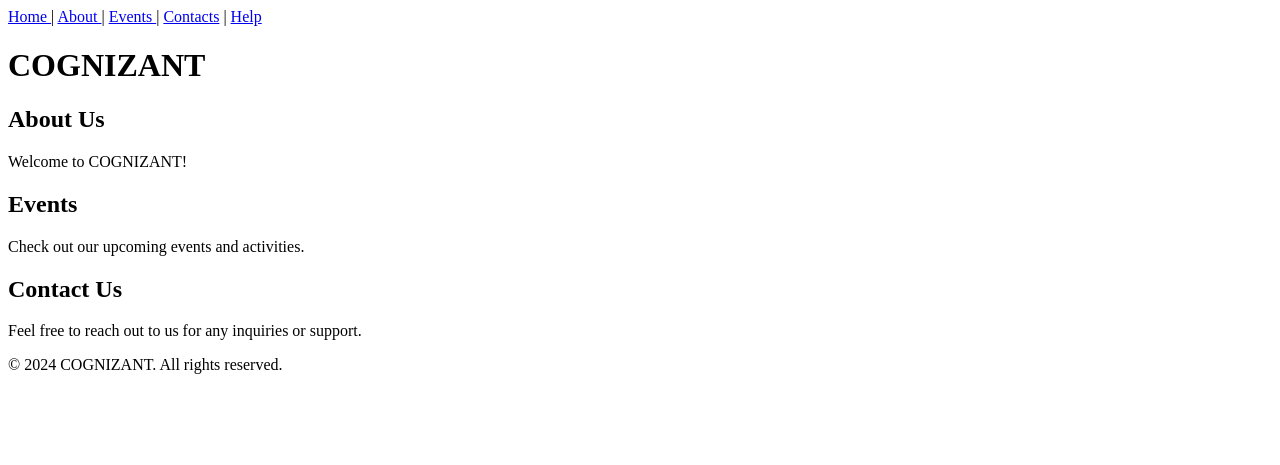
Repository: Sonasiju/Digital-Nurture-Java
Page: index.html
These files come from the project's save history. The page is drawn as it stood at one moment and after the next save; the edit follows.
The browser window is 1280 px wide. The pictures show the whole page.

Above is the page before, as saved 2026-05-31 16:50:29.

After the next save:
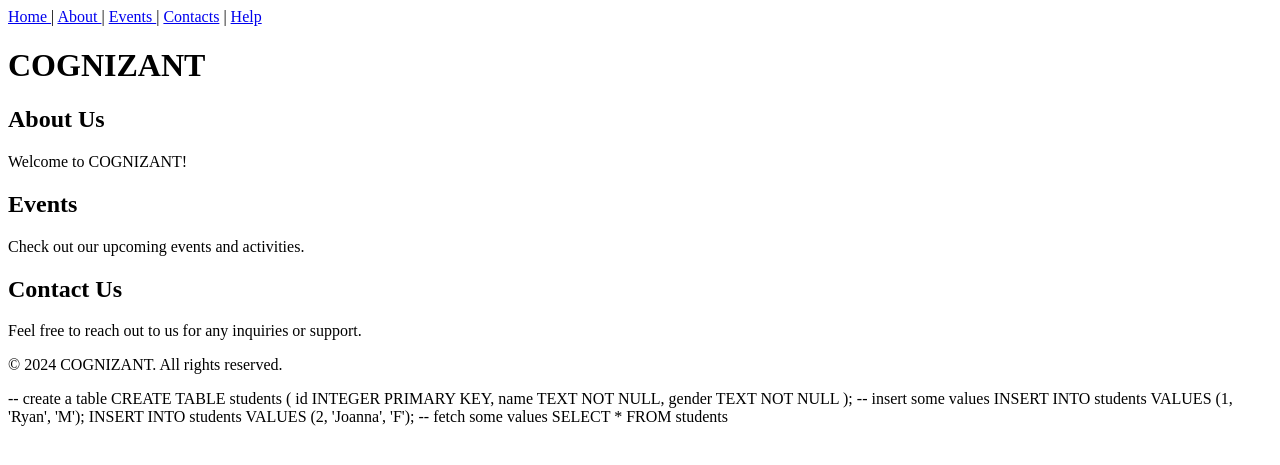
Saved 1 s later.
--- a/index.html
+++ b/index.html
@@ -40,7 +40,17 @@
             <p> &copy; 2024 COGNIZANT. All rights reserved. </p>
             </footer>
 
-
+-- create a table
+CREATE TABLE students (
+  id INTEGER PRIMARY KEY,
+  name TEXT NOT NULL,
+  gender TEXT NOT NULL
+);
+-- insert some values
+INSERT INTO students VALUES (1, 'Ryan', 'M');
+INSERT INTO students VALUES (2, 'Joanna', 'F');
+-- fetch some values
+SELECT * FROM students
 
 
 
